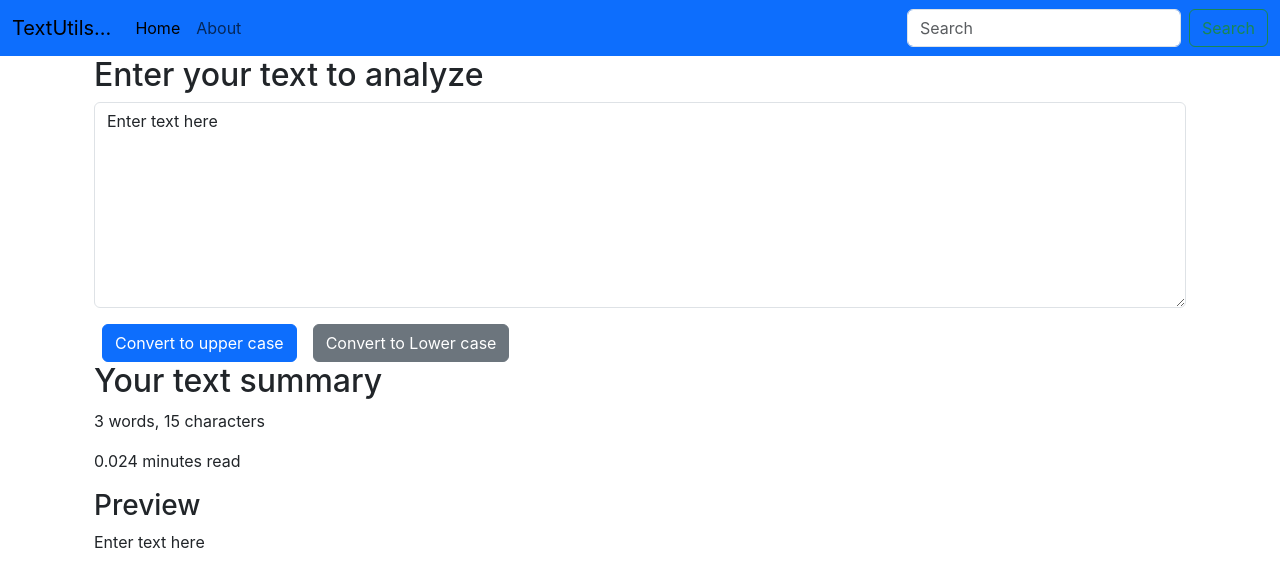
Repository: SujanNagaju/react-demo
Page: /
The author's editor kept a copy of each file at every save. The page is drawn from the files as they stood at one save, then again after the next save.
The browser window is 1280 px wide. The pictures show the whole page.
The project was rebuilt for these pictures with package versions that can differ from the ones it lists, and the page was loaded fresh each time. Also part of the build but not shown: src/App.css.

Above is the page before, as saved 2024-12-29 14:15:05.

### public/index.html
<!DOCTYPE html>
<html lang="en">
  <head>
    <meta charset="utf-8" />
    <link rel="icon" href="%PUBLIC_URL%/favicon.ico" />
    <meta name="viewport" content="width=device-width, initial-scale=1" />
    <meta name="theme-color" content="#000000" />
    <meta
      name="description"
      content="Web site created using create-react-app"
    />
    <link rel="apple-touch-icon" href="%PUBLIC_URL%/logo192.png" />
    <!--
      manifest.json provides metadata used when your web app is installed on a
      user's mobile device or desktop. See https://developers.google.com/web/fundamentals/web-app-manifest/
    -->
    <link rel="manifest" href="%PUBLIC_URL%/manifest.json" />
    <!--
      Notice the use of %PUBLIC_URL% in the tags above.
      It will be replaced with the URL of the `public` folder during the build.
      Only files inside the `public` folder can be referenced from the HTML.

      Unlike "/favicon.ico" or "favicon.ico", "%PUBLIC_URL%/favicon.ico" will
      work correctly both with client-side routing and a non-root public URL.
      Learn how to configure a non-root public URL by running `npm run build`.
    -->
    <link href="https://cdn.jsdelivr.net/npm/bootstrap@5.3.3/dist/css/bootstrap.min.css" rel="stylesheet" integrity="sha384-QWTKZyjpPEjISv5WaRU9OFeRpok6YctnYmDr5pNlyT2bRjXh0JMhjY6hW+ALEwIH" crossorigin="anonymous">
    <title>React App</title>
  </head>
  <body>
    <noscript>You need to enable JavaScript to run this app.</noscript>
    <div id="root"></div>
    <!--
      This HTML file is a template.
      If you open it directly in the browser, you will see an empty page.

      You can add webfonts, meta tags, or analytics to this file.
      The build step will place the bundled scripts into the <body> tag.

      To begin the development, run `npm start` or `yarn start`.
      To create a production bundle, use `npm run build` or `yarn build`.
    -->
    <script src="https://cdn.jsdelivr.net/npm/bootstrap@5.3.3/dist/js/bootstrap.bundle.min.js" integrity="sha384-YvpcrYf0tY3lHB60NNkmXc5s9fDVZLESaAA55NDzOxhy9GkcIdslK1eN7N6jIeHz" crossorigin="anonymous"></script>

  </body>
</html>

### src/App.js
// logo from './logo.svg';
import './App.css';
import Navbar from './components/Navbar';
import TextForm from './components/TextForm';
function App() {
  return (
    <>

      {/* <Navbar title="TextUtils..." aboutText="About"/> */}
      <Navbar title="TextUtils..."/>
      <div className="container">
        <TextForm heading="Enter your text to analyze"/>
      </div>
    </>
  );
}

export default App;

### src/components/Navbar.js
import React from 'react'
import PropTypes from 'prop-types';


export default function Navbar({title="TextUtils", aboutText="About"}) {
  return (
    <nav className="navbar navbar-expand-lg bg-primary">
        <div className="container-fluid">
            <a className="navbar-brand" href="/">{title}</a>
            <button className="navbar-toggler" type="button" data-bs-toggle="collapse" data-bs-target="#navbarSupportedContent" aria-controls="navbarSupportedContent" aria-expanded="false" aria-label="Toggle navigation">
            <span className="navbar-toggler-icon"></span>
            </button>
            <div className="collapse navbar-collapse" id="navbarSupportedContent">
            <ul className="navbar-nav me-auto mb-2 mb-lg-0">
                <li className="nav-item">
                <a className="nav-link active" aria-current="page" href="/">Home</a>
                </li>
                <li className="nav-item">
                <a className="nav-link" href="/">{aboutText}</a>
                </li>

            </ul>
            <form className="d-flex" role="search">
                <input className="form-control me-2" type="search" placeholder="Search" aria-label="Search"/>
                <button className="btn btn-outline-success" type="submit">Search</button>
            </form>
            </div>
        </div>
    </nav>
  )
}


Navbar.propTypes = {
    title: PropTypes.string.isRequired,
    aboutText: PropTypes.string.isRequired
}

### src/components/TextForm.js
import React, {useState} from 'react';

export default function TextForm(props) {
  const handleUpClick = ()=> {
    // console.log( "Uppercase was clicked" );
    let newText = text.toUpperCase();
    setText( newText );
  }

  const handleLowerClick = ()=> {
    // console.log( "Uppercase was clicked" );
    let newText = text.toLowerCase();
    setText( newText );
  }

  const handleOnChange = (event)=> {
    // console.log( "handle text change" );
    setText(event.target.value);
  }

  const [text, setText] = useState("Enter text here");
  return (
    <>
      <div className="container">
        <h2>{props.heading}</h2>
          <div className="mb-3">
              <textarea className="form-control" id="textBox" onChange={handleOnChange} value={text} rows="8"></textarea>
          </div>
          <button className="btn btn-primary mx-2" onClick={handleUpClick}>Convert to upper case</button>

          <button className="btn btn-secondary mx-2" onClick={handleLowerClick}>Convert to Lower case</button>
      </div>

      <div className="container">
        <h2>Your text summary</h2>
        <p>{text.split(" ").length} words, {text.length} characters</p>
        <p>{0.008 * text.split(" ").length} minutes read</p>
        <h3>Preview</h3>
        <p>{text}</p>
      </div>
    </>
  )
}

Loaded but not shown: src/index.js (common file); src/index.css (common file); src/reportWebVitals.js (common file)

After the next save:
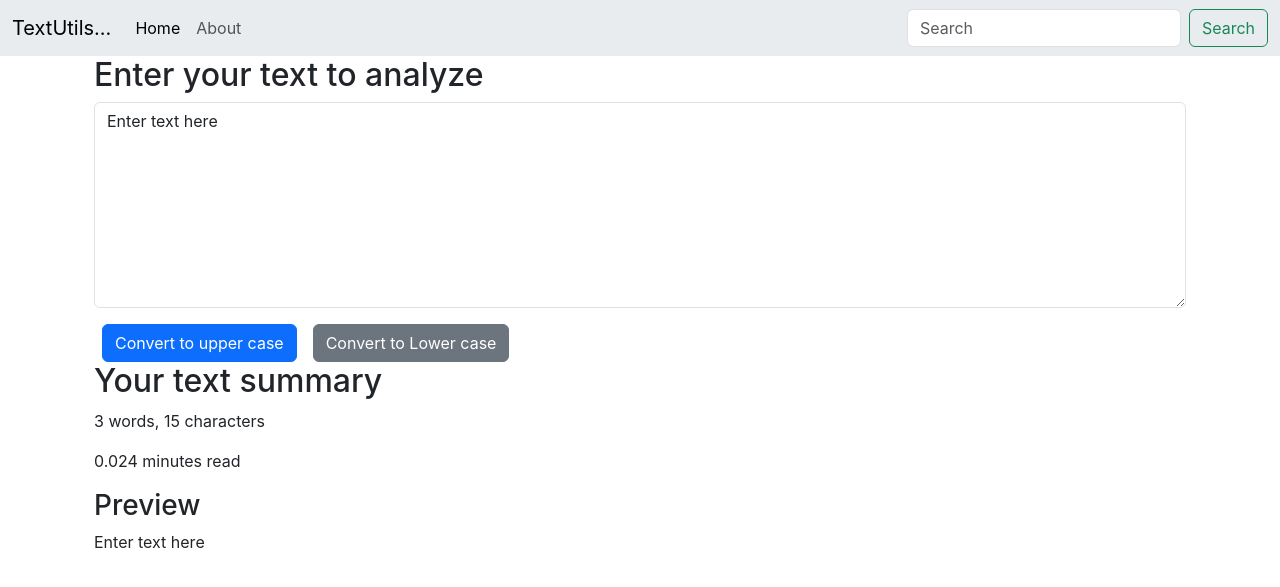
Saved 12 s later.
--- a/src/components/Navbar.js
+++ b/src/components/Navbar.js
@@ -4,7 +4,7 @@
 
 export default function Navbar({title="TextUtils", aboutText="About"}) {
   return (
-    <nav className="navbar navbar-expand-lg bg-primary">
+    <nav className="navbar navbar-expand-lg bg-body-secondary bg-secondary">
         <div className="container-fluid">
             <a className="navbar-brand" href="/">{title}</a>
             <button className="navbar-toggler" type="button" data-bs-toggle="collapse" data-bs-target="#navbarSupportedContent" aria-controls="navbarSupportedContent" aria-expanded="false" aria-label="Toggle navigation">
